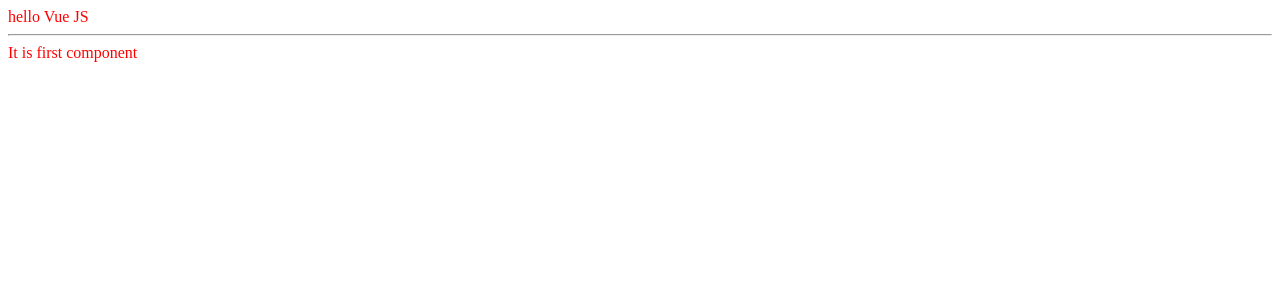
Repository: Hadoooouken/Vue-coffee-shop
Page: /
These files come from the project's save history. The page is drawn as it stood at one moment and after a run of saves; the edit follows.
The browser window is 1280 px wide. The pictures show the whole page.
The project was rebuilt for these pictures with package versions that can differ from the ones it lists, and the page was loaded fresh each time. Also part of the build but not shown: vite.config.js.

Above is the page before, as saved 2026-07-03 22:03:43.

### src/main.js
import './assets/';

import { createApp } from 'vue';
import App from './App.vue';

createApp(App).mount('#app');

### src/App.vue
<script setup>
import FirstComponent from './components/FirstComponent.vue'
</script>

<template>

  <span>hello Vue JS</span>
  <hr>
  <FirstComponent />
</template>




<style  scoped>
div {
  span {
    color: red;
  }
}
</style>

### src/components/FirstComponent.vue
<template>
    <span>It is first component</span>
</template>

### src/assets/scss/style.scss
* {
    box-sizing: border-box;
    margin: 0;
    padding: 0;
    font-family: 'Merienda';
    outline: none;
}
body {
    overflow-x: hidden;
}
.title {
    font-size: 24px;
    text-align: center;
    &-big {
        color: #ffffff;
        font-weight: bold;
        font-size: 40px;
        margin-bottom: 0;
        text-align: center;
        text-shadow: 0px 4px 4px rgba(0, 0, 0, 0.25);
    }
}
.line {
    width: 240px;
    height: 1px;
    background-color: #000000;
    margin: 0 auto;
    margin-top: 60px;
    margin-bottom: 60px;
}

@import 'header';
@import 'mainpage';
@import 'pages';
@import 'footer';

### src/assets/scss/_header.scss
.header {
    display: flex;
    align-items: flex-end;
    margin-top: 30px;
    list-style-type: none;
    &__item {
        font-size: 12px;
        padding: 10px 20px;
        font-weight: normal;
        text-shadow: 0px 4px 4px rgba(0, 0, 0, 0.25);

        &:first-child {
            transform: translateY(3px);
        }
        a {
            color: #fff;

            &:visited {
                text-decoration: none;
                color: #fff;
            }
            &:hover {
                text-decoration: none;
                color: #fff;
            }
        }
    }
}

### src/assets/scss/_mainpage.scss
.preview {
    height: 640px;
    background: url('../img/Main_bg.jpg') center center no-repeat;
    background-size: cover;

    .title-big {
        margin-top: 110px;
    }
    &__subtitle {
        color: #ffffff;
        font-weight: bold;
        font-size: 40px;
        margin-top: 110px;
        margin-bottom: 0;
        text-align: center;
        text-shadow: 0px 4px 4px rgba(0, 0, 0, 0.25);
    }
    &__subtitle {
        font-size: 24px;
        margin-top: 20px;
        text-shadow: 0px 4px 4px rgba(0, 0, 0, 0.25);
    }
    &__btn {
        display: block;
        width: 120px;
        height: 30px;
        margin: 0 auto;
        margin-top: 18px;
        border: 1px solid #fff;
        border-radius: 4px;
        box-shadow: 0px 4px 4px rgba(0, 0, 0, 0.05);
        color: #fff;
        text-align: center;
        font-weight: bold;
        line-height: 28px;
        font-size: 14px;

        &:visited {
            text-decoration: none;
            color: #fff;
        }
        &:hover {
            text-decoration: none;
            color: #fff;
        }
    }
}

.beanslogo {
    display: block;
    margin: 0 auto;
    margin-top: 20px;
}

.about {
    padding: 80px 0 110px 0;
    background-color: #fff;
    &__text {
        margin-top: 40px;
        text-align: center;
        font-size: 14px;
    }
}
.best {
    padding: 80px 0 110px 0;
    background-color: #fff;
    background: url('../img/paper.jpg') center center no-repeat;
    background-size: cover;

    &__wrapper {
        display: flex;
        flex-wrap: wrap;
    }
    &__item {
        width: 220px;
        min-height: 240px;
        margin: 0 auto;
        margin-top: 40px;
        padding: 22px 24px;
        background: rgba(255, 255, 255, 0.65);
        border-radius: 8px;
        img {
            display: block;
            margin: 0 auto;
            width: 151px;
            height: 130px;
            object-fit: cover;
        }
        &-title, &-price {
            font-size: 14px;
            margin-top: 10px;
            text-align: right;
        }
    }
}

### src/assets/scss/_pages.scss
.banner {
    height: 260px;

    .title-big {
        margin-top: 60px;
    }
}

.banner.coffepage-banner {
    background: url('../img/coffee_bg.jpg') center center no-repeat;
    background-size: cover;
}
.banner.goodspage-banner {
    background: url('../img/goods_bg.jpg') center center no-repeat;
    background-size: cover;
}
.banner.contactspage-banner {
    background: url('../img/contacts_bg.jpg') center center no-repeat;
    background-size: cover;
}
.banner.itempage-banner {
    background: url('../img/coffee_bg.jpg') center center no-repeat;
    background-size: cover;
}

.shop {
    padding: 70px 0 40px 0;
    .title {
        margin-top: 10px;
    }
    &__girl {
        display: block;
        margin: 0 auto;
    }
    &__text {
        margin-top: 25px;
        font-size: 14px;
        text-align: center;
    }
    &__search {
        &-label {
            margin-right: 20px;
        }
    &-input {
        width: 180px;
        height: 30px;
        box-shadow: 4px 4px 20px rgba(0, 0, 0, 0.25);
        border: none;
        border-radius: 4px;
        font-size: 12px;
        padding: 0 15px;

        &::placeholder {
            text-align: center
        }
    }
    }
    &__filter {
        display: flex;
        align-items: center;
        justify-content: space-between;
        &-label {
            margin-right: 35px;
        }
        &-btn {
            width: 75px;
            height: 30px;
            background-color: #fff;
            border: none;
            box-shadow: 4px 4px 20px rgba(0, 0, 0, 0.25);
            font-size: 12px;
            outline: none;
            cursor: pointer;
            &:first-child {
                border-radius: 4px 0px 0px 4px;
            }
            &:last-child {
                border-radius: 0px 4px 4px 0px;
            }
            &:focus {
                outline: none
            }
        }
    }
    &__wrapper {
        display: flex;
        flex-wrap: wrap;
    }
    &__item {
        width: 220px;
        min-height: 240px;
        margin: 60px 40px 0 40px;
        padding: 22px 24px;
        background: rgba(255, 255, 255, 0.65);
        border-radius: 8px;
        box-shadow: 5px 5px 15px rgba(0, 0, 0, 0.25);
        transition: 0.3s all;
        &:hover {
            box-shadow: 5px 5px 30px rgba(0, 0, 0, 0.25);
        }
        img {
            display: block;
            margin: 0 auto;
            width: 151px;
            height: 130px;
            object-fit: cover;
        }
        &-title, &-price, &-country {
            font-size: 14px;
            margin-top: 10px;
            text-align: right;
        }
    }
    &__point {
        margin-top: 16px;

        span {
            font-weight: bold;
        }
        &-price {
            font-size: 24px;
            font-weight: normal !important;
        }
        &:first-child {
            margin-top: 26px;
        }
    }
}

input {
    border: 1px solid rgba(0, 0, 0, 0.49) !important;
    box-shadow: 4px 4px 20px rgba(3, 2, 2, 0.25);
    border-radius: 4px;
    background: #fff;
}

.textarea label {
    display: block;
    text-align: center;
}

.textarea textarea {
    resize: none;
    border: 1px solid rgba(0, 0, 0, 0.49);
    box-shadow: 4px 4px 20px rgba(0, 0, 0, 0.25);
    border-radius: 4px;
    background: #fff;
}

.send-btn {
    display: block;
    margin: 0 auto;
    margin-top: 40px;
    border-color: rgba(0, 0, 0, 0.49) !important;
}

### src/assets/scss/_footer.scss
footer {
    padding: 20px 0
}
.footer {
    display: flex;
    align-items: flex-end;
    justify-content: center;
    margin-top: 30px;
    list-style-type: none;
    &__item {
        font-size: 12px;
        padding: 10px 20px;
        font-weight: normal;
        a {
            color: #000;

            &:visited {
                text-decoration: none;
                color: #000;
            }
            &:hover {
                text-decoration: none;
                color: #000;
            }
        }
    }
}

Loaded but not shown: index.html (common file)

After the next 2 saves:
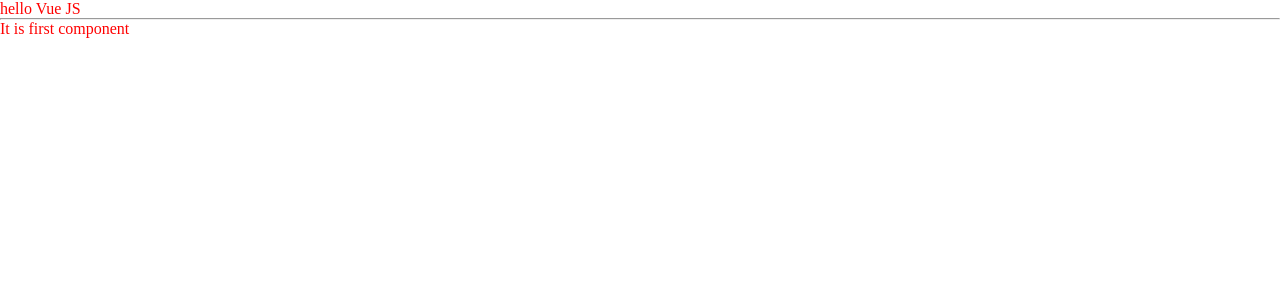
The 2 saves are shown as one change because they came seconds apart.
The last was saved 6 s later.
--- a/src/main.js
+++ b/src/main.js
@@ -1,4 +1,4 @@
-import './assets/';
+import './assets/scss/style.scss';
 
 import { createApp } from 'vue';
 import App from './App.vue';
